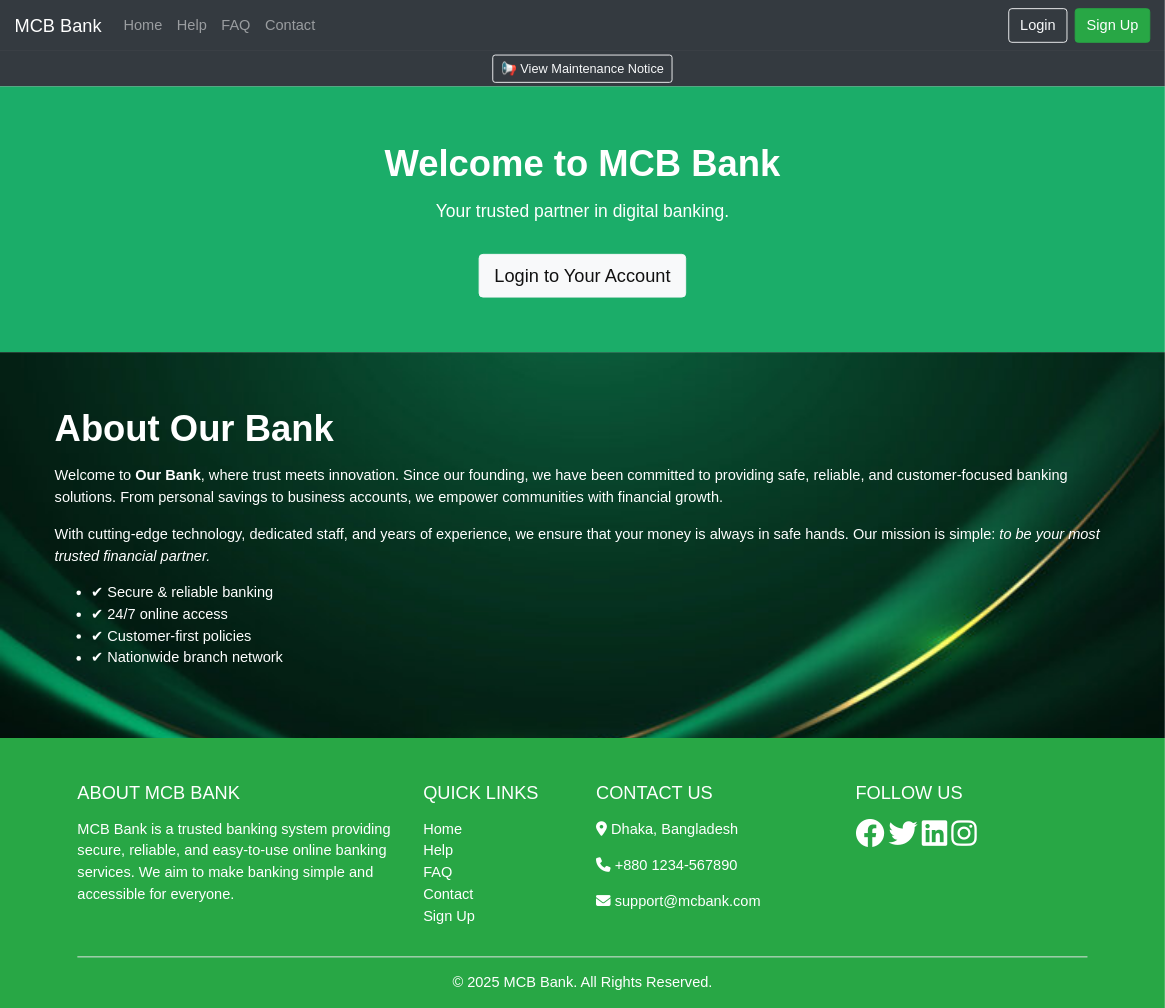
Repository: mhbshimla/my-bank
Page: http://localhost/home.php
The author's editor kept a copy of each file at every save. The page is drawn from the files as they stood at one save, then again after the next save.
The browser window is 1280 px wide. The pictures show the whole page, at 91% of full size.
The page is run by PHP 8.4 with error messages shown; the project is at /var/www/html/.

Above is the page before, as saved 2025-10-17 21:32:52.

### home.php
<!DOCTYPE html>
<html>
<head>
  <title>Welcome to MCB Bank</title>
  <?php require 'assets/autoloader.php'; ?>
  <style>
    body { background: #f9f9f9; font-family: Arial, sans-serif; }
    .hero { padding: 60px; text-align: center; background: #1bad69ff; color: white; }
    .hero h1 { font-size: 2.5rem; margin-bottom: 15px; }
    .hero p { font-size: 1.2rem; }
    .section { padding: 40px; }
    .announcement-bar {
    animation: fadeIn 1s ease-in-out;
  }
  @keyframes fadeIn {
    from { opacity: 0; transform: translateY(-10px); }
    to { opacity: 1; transform: translateY(0); }
  }
  </style>
</head>
<body>

<nav class="navbar navbar-expand-lg navbar-dark bg-dark">
  <a class="navbar-brand" href="index.php">MCB Bank</a>
  <button class="navbar-toggler" type="button" data-toggle="collapse" data-target="#navbarNav" aria-controls="navbarNav" aria-expanded="false" aria-label="Toggle navigation">
    <span class="navbar-toggler-icon"></span>
  </button>

  <div class="collapse navbar-collapse" id="navbarNav">
    <ul class="navbar-nav mr-auto">
      <li class="nav-item"><a class="nav-link" href="home.php">Home</a></li>
      <!-- <li class="nav-item"><a class="nav-link" href="aboutourbank.php">About Our Bank</a></li> -->
      <li class="nav-item"><a class="nav-link" href="help.php">Help</a></li>
      <li class="nav-item"><a class="nav-link" href="faq.php">FAQ</a></li>
      <li class="nav-item"><a class="nav-link" href="contact.php">Contact</a></li>
    </ul>
    <ul class="navbar-nav">
      <li class="nav-item"><a class="btn btn-outline-light mr-2" href="login.php">Login</a></li>
      <li class="nav-item"><a class="btn btn-success" href="signup.php">Sign Up</a></li>
    </ul>
  </div>
</nav>
<!-- Announcement Bar -->
<!-- <div class="announcement-bar bg-info text-white text-center py-3 shadow-sm sticky-top" style="z-index: 1030; font-size: 1.1rem;">
  <strong>📢 Notice:</strong> Scheduled maintenance on <em>Oct 20, 2AM–4AM</em>. Online services may be temporarily unavailable.
</div> -->
<div class="text-center bg-dark text-white py-1">
  <button class="btn btn-sm btn-outline-light" data-toggle="collapse" data-target="#announcementDetails">
    📢 View Maintenance Notice
  </button>
</div>
<div id="announcementDetails" class="collapse bg-dark text-white text-center py-2">
  Scheduled maintenance on <em>Oct 20, 2AM–4AM</em>. Online services may be temporarily unavailable.
</div>

<div class="hero">
  <h1><strong>Welcome to MCB Bank</strong></h1>
  <p>Your trusted partner in digital banking.</p>
  <a href="login.php" class="btn btn-light btn-lg mt-3">Login to Your Account</a>
</div>
    <div class="section container-fluid text-white" style="background: url('images/about.jpg') no-repeat center center; background-size: cover; padding: 60px;">
  <h1 class="mb-3"><strong>About Our Bank</strong></h1>
      <p>
        Welcome to <strong>Our Bank</strong>, where trust meets innovation.
        Since our founding, we have been committed to providing safe, reliable,
        and customer-focused banking solutions. From personal savings to
        business accounts, we empower communities with financial growth.
      </p>
      <p>
        With cutting-edge technology, dedicated staff, and years of experience,
        we ensure that your money is always in safe hands. Our mission is simple:
        <em>to be your most trusted financial partner.</em>
      </p>
      <ul>
        <li>✔ Secure & reliable banking</li>
        <li>✔ 24/7 online access</li>
        <li>✔ Customer-first policies</li>
        <li>✔ Nationwide branch network</li>
      </ul>
</div>

<footer class="bg-success text-white pt-5 pb-3 mt-auto">
  <div class="container">
    <div class="row">

      <!-- About Section -->
      <div class="col-md-4">
        <h5 class="text-uppercase mb-3">About MCB Bank</h5>
        <p>
          MCB Bank is a trusted banking system providing secure,
          reliable, and easy-to-use online banking services. We aim to make
          banking simple and accessible for everyone.
        </p>
      </div>

      <!-- Quick Links -->
      <div class="col-md-2">
        <h5 class="text-uppercase mb-3">Quick Links</h5>
        <ul class="list-unstyled">
          <li><a href="home.php" class="text-white text-decoration-none">Home</a></li>
          <li><a href="help.php" class="text-white text-decoration-none">Help</a></li>
          <li><a href="faq.php" class="text-white text-decoration-none">FAQ</a></li>
          <li><a href="contact.php" class="text-white text-decoration-none">Contact</a></li>
          <li><a href="signup.php" class="text-white text-decoration-none">Sign Up</a></li>
        </ul>
      </div>

      <!-- Contact Info -->
      <div class="col-md-3">
        <h5 class="text-uppercase mb-3">Contact Us</h5>
        <p><i class="fas fa-map-marker-alt"></i> Dhaka, Bangladesh</p>
        <p><i class="fas fa-phone"></i> +880 1234-567890</p>
        <p><i class="fas fa-envelope"></i> support@mcbank.com</p>
      </div>

      <!-- Social Media -->
      <div class="col-md-3">
        <h5 class="text-uppercase mb-3">Follow Us</h5>
        <a href="#" class="text-white me-3"><i class="fab fa-facebook fa-2x"></i></a>
        <a href="#" class="text-white me-3"><i class="fab fa-twitter fa-2x"></i></a>
        <a href="#" class="text-white me-3"><i class="fab fa-linkedin fa-2x"></i></a>
        <a href="#" class="text-white"><i class="fab fa-instagram fa-2x"></i></a>
      </div>

    </div>
    <hr class="bg-light">
    <div class="text-center">
      &copy; <?php echo date("Y"); ?> MCB Bank. All Rights Reserved.
    </div>
  </div>
</footer>
<link rel="stylesheet" href="https://cdnjs.cloudflare.com/ajax/libs/font-awesome/6.4.0/css/all.min.css">


</body>
</html>

### assets/autoloader.php

<link rel="stylesheet" type="text/css" href="css/bootstrap.min.css">
<link rel="stylesheet" type="text/css" href="css/custom.css">
<link rel="stylesheet" type="text/css" href="font-awesome/css/font-awesome.min.css">
<script src='js/jquery-3.2.1.min.js'></script>
<script src='js/popper.min.js'></script>
<script src='js/bootstrap.min.js'></script>

### css/custom.css
.omit1{background: rgba(0,0,0,0.1);}
.omit2{background: rgba(0,0,0,0.2);}
.omit3{background: rgba(0,0,0,0.3);}
.omit4{background: rgba(0,0,0,0.4);}
.omit5{background: rgba(0,0,0,0.5);}
.omit6{background: rgba(0,0,0,0.6);}
.omit7{background: rgba(0,0,0,0.7);}
.omit8{background: rgba(0,0,0,0.8);}
.omit9{background: rgba(0,0,0,0.9);}

.shadowBlack{box-shadow: 2px 2px 11px black}
.shadowGreen{box-shadow: 2px 2px 11px green}
.shadowBlue{box-shadow: 2px 2px 11px blue}
.shadowWhite{box-shadow: 2px 2px 11px white}

Loaded but not shown: css/bootstrap.min.css (library); font-awesome/css/font-awesome.min.css (library); js/jquery-3.2.1.min.js (library); js/popper.min.js (library); js/bootstrap.min.js (library)

After the next save:
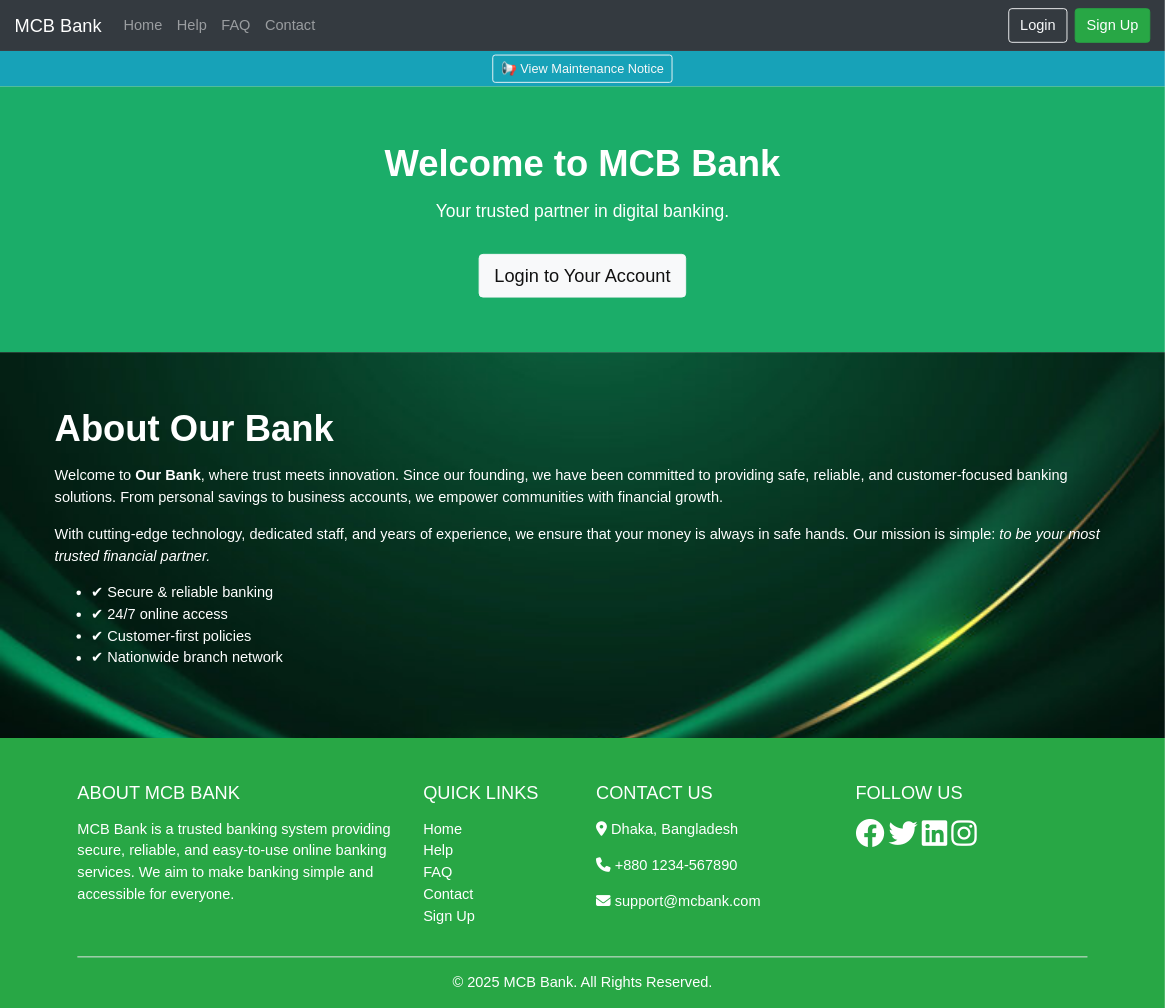
Saved 33 s later.
--- a/home.php
+++ b/home.php
@@ -44,7 +44,7 @@
 <!-- <div class="announcement-bar bg-info text-white text-center py-3 shadow-sm sticky-top" style="z-index: 1030; font-size: 1.1rem;">
   <strong>📢 Notice:</strong> Scheduled maintenance on <em>Oct 20, 2AM–4AM</em>. Online services may be temporarily unavailable.
 </div> -->
-<div class="text-center bg-dark text-white py-1">
+<div class="text-center bg-info text-white py-1">
   <button class="btn btn-sm btn-outline-light" data-toggle="collapse" data-target="#announcementDetails">
     📢 View Maintenance Notice
   </button>
